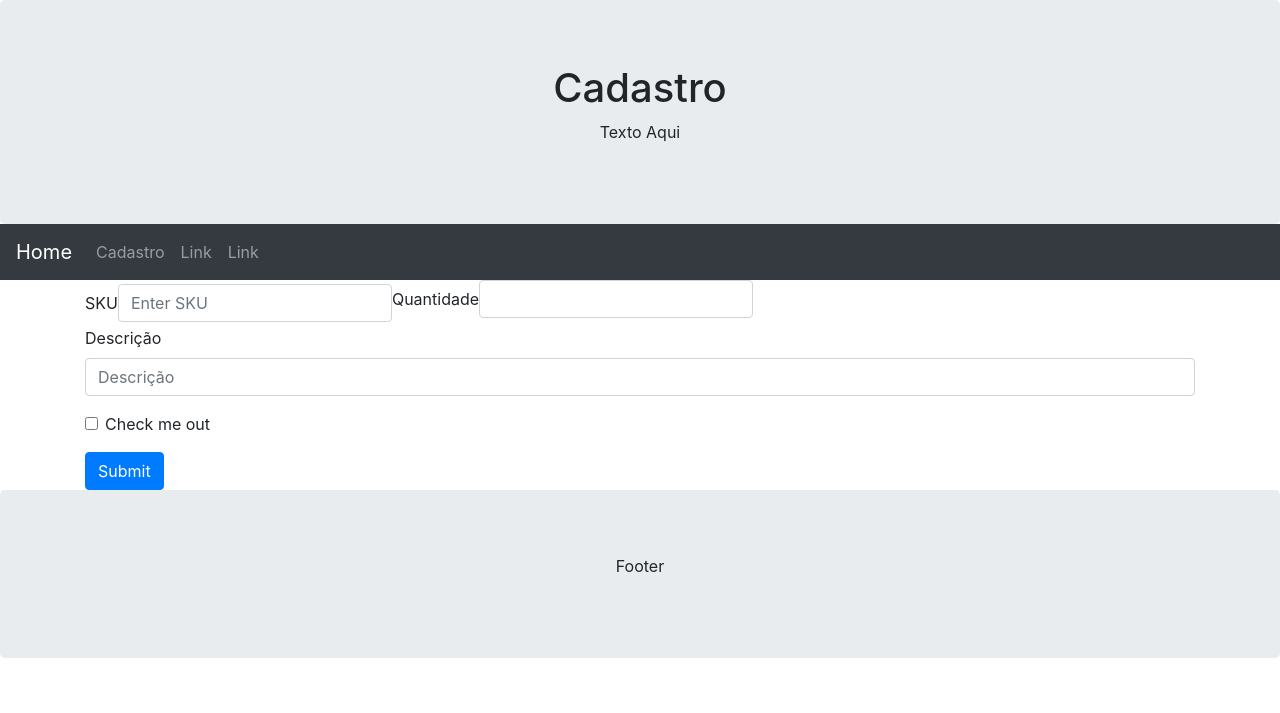
Repository: LucasLopesAguiar/JavaWeb-1
Page: sistemaweb/WebContent/cadastro.html
An editor plug-in stored every save of this project. The page is shown before and after the next save, followed by the edit.
The browser window is 1280 px wide. The pictures show the whole page.

Above is the page before, as saved 2019-05-10 01:10:00.

### sistemaweb/WebContent/cadastro.html
<!DOCTYPE html>
<html lang="en">
<head>
  <title>Cadastro</title>
  <meta charset="utf-8">
  <meta name="viewport" content="width=device-width, initial-scale=1">
  <link rel="stylesheet" href="https://maxcdn.bootstrapcdn.com/bootstrap/4.3.1/css/bootstrap.min.css">
  <script src="https://ajax.googleapis.com/ajax/libs/jquery/3.4.0/jquery.min.js"></script>
  <script src="https://cdnjs.cloudflare.com/ajax/libs/popper.js/1.14.7/umd/popper.min.js"></script>
  <script src="https://maxcdn.bootstrapcdn.com/bootstrap/4.3.1/js/bootstrap.min.js"></script>
  <style>
  .fakeimg {
    height: 200px;
    background: #aaa;
  }
  </style>
</head>
<body>

<div class="jumbotron text-center" style="margin-bottom:0">
  <h1>Cadastro</h1>
  <p>Texto Aqui</p>
</div>

<nav class="navbar navbar-expand-sm bg-dark navbar-dark">
  <a class="navbar-brand" href="index.html">Home</a>
  <button class="navbar-toggler" type="button" data-toggle="collapse" data-target="#collapsibleNavbar">
    <span class="navbar-toggler-icon"></span>
  </button>
  <div class="collapse navbar-collapse" id="collapsibleNavbar">
    <ul class="navbar-nav">
      <li class="nav-item">
        <a class="nav-link" href="cadastro.html">Cadastro</a>
      </li>
      <li class="nav-item">
        <a class="nav-link" href="#">Link</a>
      </li>
      <li class="nav-item">
        <a class="nav-link" href="#">Link</a>
      </li>
    </ul>
  </div>
</nav>


<div class="container">
<form>
  <div class="form-inline">
  	<div class="form-group">
    <label for="exampleInputEmail1">SKU</label>
    <input type="text" class="form-control" id="inputSKU" placeholder="Enter SKU">
  </div>

  <div class="form-group mb-2">
    <label for="inputDesc">Quantidade</label>
    <input type="number" class="form-control" id="inputDesc">
  </div>
  </div>

  <div class="form-group">
    <label for="inputDesc">Descrição</label>
    <input type="text" class="form-control" id="inputDesc" placeholder="Descrição">
  </div>

  <div class="form-group form-check">
    <input type="checkbox" class="form-check-input" id="exampleCheck1">
    <label class="form-check-label" for="exampleCheck1">Check me out</label>
  </div>
  <button type="submit" class="btn btn-primary">Submit</button>
</form>
</div>

<div class="jumbotron text-center" style="margin-bottom:0">
  <p>Footer</p>
</div>

</body>
</html>

After the next save:
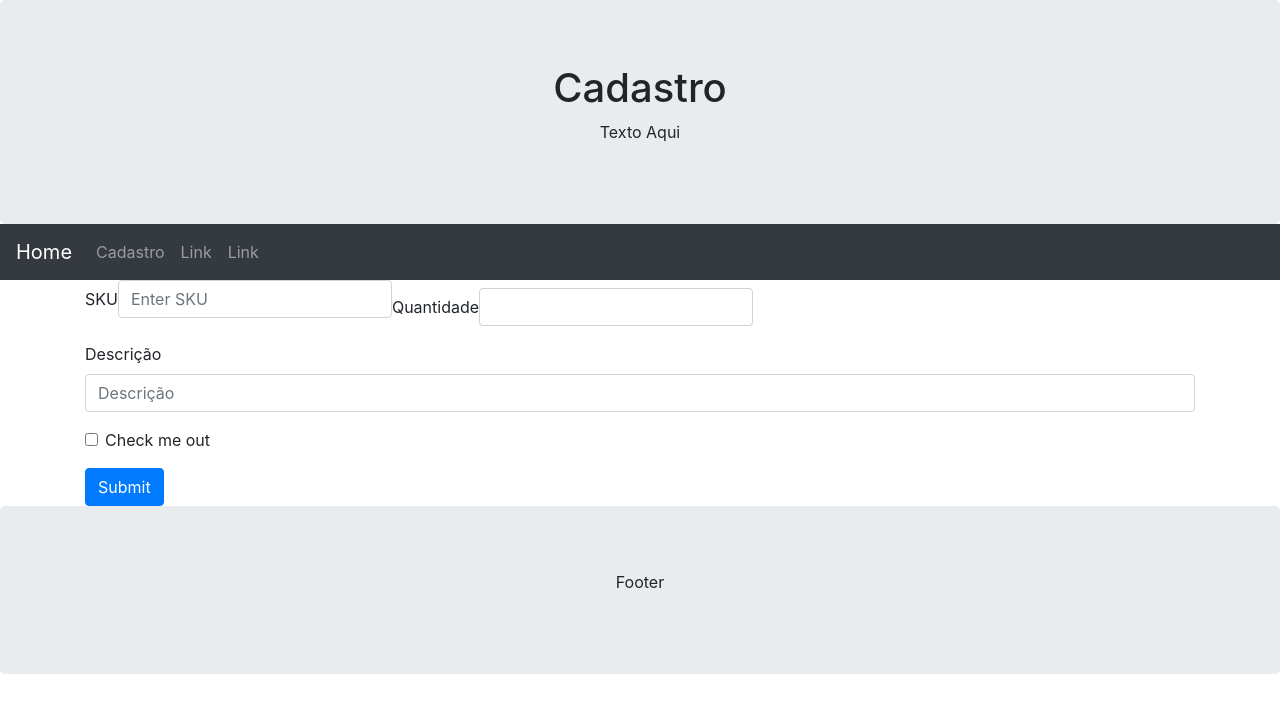
Saved 31 s later.
--- a/sistemaweb/WebContent/cadastro.html
+++ b/sistemaweb/WebContent/cadastro.html
@@ -46,7 +46,7 @@
 <div class="container">
 <form>
   <div class="form-inline">
-  	<div class="form-group">
+  	<div class="form-group mb-4">
     <label for="exampleInputEmail1">SKU</label>
     <input type="text" class="form-control" id="inputSKU" placeholder="Enter SKU">
   </div>
